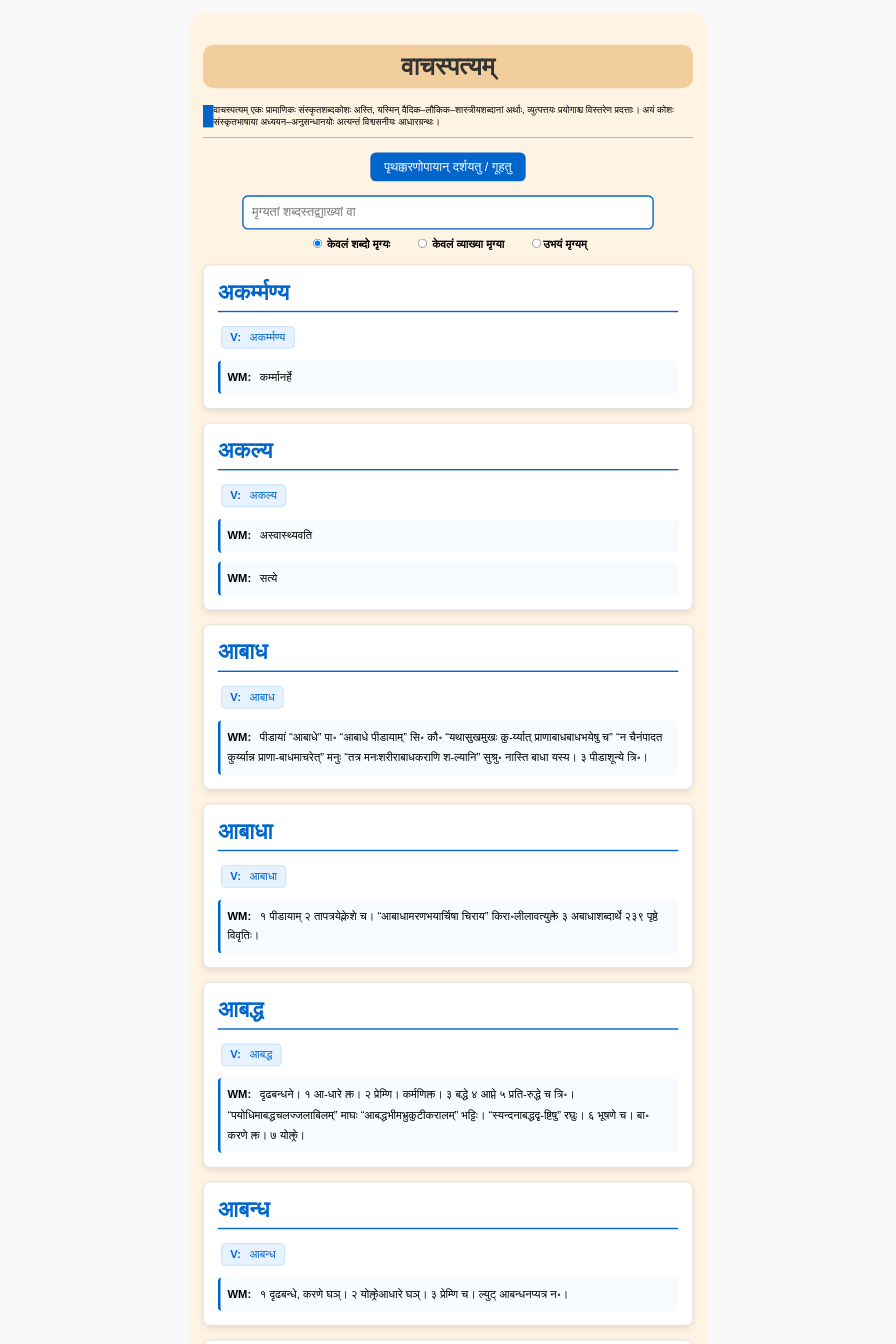
Repository: sanskritsphere/vachaspatyam-demo
Page: index.html
The author's editor kept a copy of each file at every save. The page is drawn from the files as they stood at one save, then again after the next save.
The browser window is 1280 px wide. The pictures show the part of the page from y = 0 to 1920 px (the page is 3443 px tall), at 70% of full size.

Above is the page before, as saved 2025-12-14 12:45:17.

### index.html
<!DOCTYPE html>
<html lang="sa">
<head>
    <meta charset="UTF-8">
    <meta name="viewport" content="width=device-width, initial-scale=1.0">
    <link rel="styleSheet" type="text/css" href="style.css">
    <title>वाचस्पत्यम् शब्दकोशः</title>

</head>
<body>
    <div class="container">
    <header>
        <h1>वाचस्पत्यम्</h1>
    <p class="small">वाचस्पत्यम् एकः प्रामाणिकः संस्कृतशब्दकोशः अस्ति, यस्मिन् वैदिक–लौकिक–शास्त्रीयशब्दानां अर्थाः, व्युत्पत्तयः प्रयोगाश्च विस्तरेण प्रदत्ताः।
अयं कोशः संस्कृतभाषाया अध्ययन–अनुसन्धानयोः अत्यन्तं विश्वसनीयः आधारग्रन्थः।</p>
    </header>
    <hr>
    <button id="toggleFilters">पृथक्करणोपायान् दर्शयतु / गूहतु</button>

    <div id="searchContainer">
        <input type="text" id="search" placeholder="मृग्यतां शब्दस्तद्व्याख्यां वा">
        <div class="search-options">
            <label><input type="radio" name="searchMode" value="wordOnly" checked> केवलं शब्दो मृग्यः</label>
            <label><input type="radio" name="searchMode" value="meaningOnly"> केवलं व्याख्या मृग्या</label>
            <label><input type="radio" name="searchMode" value="both">उभयं मृग्यम्</label>
        </div>
    </div>

    <div class="filters" id="filtersPanel">
        <div class="filter-group" id="startingLetterGroup">
            <label>आद्यक्षरानुक्रमेण पृथक्करणम्</label>
            <select id="startingLetterFilter">
                <option value="">सर्वाणि आद्यक्षराणि</option>
            </select>
        </div>

        <div class="filter-group" id="gcGroup">
            <label>लिङ्गशः पृथक्करणम्</label>
            <select id="gcFilter">
                <option value="">सर्वलिङ्गानि</option>
            </select>
        </div>

        <!-- टैग विज़िबिलिटी -->
        <div class="filter-group" style="grid-column: 1 / -1;" id="tagVisibilityGroup">
            <label>दर्शयितुमिष्टानि खण्डानि चिन्वीत</label>
            <div class="tag-visibility" id="tagVisibility">
                <!-- डायनामिकली जनरेट होगा -->
            </div>
        </div>

        <!-- नए टैग फ़िल्टर सेक्शन -->
        <div class="filter-group" style="grid-column: 1 / -1;" id="tagFiltersGroup">
            <label>टैग्-मूल्येन विशिष्टमानानि चीयन्ताम्</label>
            <div class="tag-filters" id="tagFilters">
                <!-- XML से सभी टैग्स के लिए डायनामिक सिलेक्ट बॉक्स जनरेट होंगे -->
            </div>
        </div>
    </div>

    <div id="results"></div>
</div>
    <script>
        let dictionary = [];
        let allTags = new Set();
        let tagValues = {}; // { tag: Set of values }
        let startingLetters = new Set();
        let gcValues = new Set();
        let currentPage = 1;
        const itemsPerPage = 25;
        // XML फ़ाइल लोड करना
        fetch('vachaspatyam.xml')
            .then(response => response.text())
            .then(xmlText => {
                const parser = new DOMParser();
                const xml = parser.parseFromString(xmlText, "application/xml");
                const entries = xml.querySelectorAll('entry');

                entries.forEach(entry => {
                    const obj = {};
                    entry.querySelectorAll('*').forEach(child => {
                        const tagName = child.tagName;
                        allTags.add(tagName);

                        if (!obj[tagName]) obj[tagName] = [];
                        const value = child.textContent.trim();
                        if (value) obj[tagName].push(value);

                        // टैग वैल्यूज़ कलेक्ट करना
                        if (!tagValues[tagName]) tagValues[tagName] = new Set();
                        tagValues[tagName].add(value);

                        // विशेष हैंडलिंग
                        if (tagName === 'V' && value) {
                            startingLetters.add(value[0]);
                        }
                        if (tagName === 'GC' && value) {
                            gcValues.add(value);
                        }
                    });
                    dictionary.push(obj);
                });

                generateDynamicFilters();
                generateTagVisibility();
                generateTagFilters(); // नया फ़ीचर
                renderEntries(dictionary);
            })
            .catch(err => {
                document.getElementById('results').innerHTML =
                    '<p class="no-results">vachaspatyam.xml इति संचिका न लब्धा। कृपया तां स्थापयतु।</p>';
                console.error(err);
            });

        function generateDynamicFilters() {
            const startingSelect = document.getElementById('startingLetterFilter');
            [...startingLetters].sort().forEach(letter => {
                const opt = document.createElement('option');
                opt.value = letter;
                opt.textContent = letter;
                startingSelect.appendChild(opt);
            });

            const gcSelect = document.getElementById('gcFilter');
            [...gcValues].sort().forEach(gc => {
                const opt = document.createElement('option');
                opt.value = gc;
                opt.textContent = gc;
                gcSelect.appendChild(opt);
            });
        }

        function generateTagVisibility() {
            const container = document.getElementById('tagVisibility');
            container.innerHTML = '';
            [...allTags].sort().forEach(tag => {
                const label = document.createElement('label');
                const checkbox = document.createElement('input');
                checkbox.type = 'checkbox';
                checkbox.id = 'show' + tag;
                checkbox.checked = tag === 'V' || tag === 'WM'; // डिफ़ॉल्ट V और WM दिखाएँ
                label.appendChild(checkbox);
                label.appendChild(document.createTextNode(' ' + tag));
                container.appendChild(label);
            });
        }

        function generateTagFilters() {
            const container = document.getElementById('tagFilters');
            container.innerHTML = '';
            [...allTags].sort().forEach(tag => {
                if (tag === 'V') return; // V के लिए पहले से आदि अक्षर फ़िल्टर है

                const group = document.createElement('div');
                group.className = 'filter-group';

                const label = document.createElement('label');
                label.textContent = `${tag} मूल्येन पृथक्करोतु`;
                group.appendChild(label);

                const select = document.createElement('select');
                select.id = 'filter_' + tag;
                select.innerHTML = '<option value="">सर्वाणि</option>';

                // टैग के सभी यूनिक वैल्यूज़ जोड़ना
                [...tagValues[tag]].sort().forEach(val => {
                    const opt = document.createElement('option');
                    opt.value = val;
                    opt.textContent = val;
                    select.appendChild(opt);
                });

                group.appendChild(select);
                container.appendChild(group);
            });
        }

        function getMeaningText(entry) {
            let text = '';
            Object.keys(entry).forEach(key => {
                if (key !== 'V') {
                    text += entry[key].join(' ') + ' ';
                }
            });
            return text;
        }

        function renderEntries(entries) {
            const resultsDiv = document.getElementById('results');
            resultsDiv.innerHTML = '';
            if (entries.length === 0) {
                resultsDiv.innerHTML = '<p class="no-results">कश्चन शब्दो न लब्धः। कृपया मृग्यपदं परिवर्तयतु।</p>';
                return;
            }

            entries.forEach(entry => {
                const div = document.createElement('div');
                div.className = 'entry';
                div.innerHTML = `<h3>${entry.V ? entry.V[0] : 'अज्ञातः'}</h3>`;

                const tagsDiv = document.createElement('div');

                allTags.forEach(tag => {
                    const checkbox = document.getElementById('show' + tag);
                    if (checkbox && checkbox.checked && entry[tag]) {
                        entry[tag].forEach(value => {
                            if (tag === 'WM' || tag === 'EXP') {
                                tagsDiv.innerHTML += `<div class="content"><span class="tag-name">${tag}:</span> ${value}</div>`;
                            } else {
                                tagsDiv.innerHTML += `<span class="tag"><span class="tag-name">${tag}:</span> ${value}</span>`;
                            }
                        });
                    }
                });

                div.appendChild(tagsDiv);
                resultsDiv.appendChild(div);
            });
        }

        function filterEntries() {
            let filtered = dictionary;

            const query = document.getElementById('search').value.trim();
            const searchMode = document.querySelector('input[name="searchMode"]:checked').value;

            if (query) {
                if (searchMode === 'wordOnly') {
                    filtered = filtered.filter(entry => entry.V && entry.V.some(v => v.includes(query)));
                } else if (searchMode === 'meaningOnly') {
                    filtered = filtered.filter(entry => getMeaningText(entry).includes(query));
                } else {
                    filtered = filtered.filter(entry =>
                        (entry.V && entry.V.some(v => v.includes(query))) ||
                        getMeaningText(entry).includes(query)
                    );
                }
            }

            const startingLetter = document.getElementById('startingLetterFilter').value;
            if (startingLetter) {
                filtered = filtered.filter(entry => entry.V && entry.V[0].startsWith(startingLetter));
            }

            const gc = document.getElementById('gcFilter').value;
            if (gc) {
                filtered = filtered.filter(entry => entry.GC && entry.GC.includes(gc));
            }

            // सभी टैग फ़िल्टर्स
            allTags.forEach(tag => {
                const select = document.getElementById('filter_' + tag);
                if (select && select.value) {
                    const filterValue = select.value;
                    filtered = filtered.filter(entry =>
                        entry[tag] && entry[tag].includes(filterValue)
                    );
                }
            });

            renderEntries(filtered);
        }

        // टॉगल बटन
        document.getElementById('toggleFilters').addEventListener('click', () => {
            const panel = document.getElementById('filtersPanel');
            panel.style.display = (panel.style.display === 'none' || panel.style.display === '') ? 'grid' : 'none';
        });

    function generateTagVisibility() {
    const container = document.getElementById('tagVisibility');
    container.innerHTML = '';

    // टैग नेम → संस्कृत में पूरा लेबल (विवरण)
    const tagLabels = {
        V:    "शब्दः (Vocable)",
        GC:   "लिङ्गम् (Grammatical Category)",
        GR:   "व्युत्पत्तिः (Grammar & Root)",
        ET:   "व्युत्पत्ति-विवरणम् (Etymology)",
        EXP:  "व्याख्या (Explanation)",
        CA:   "समास-विश्लेषणम् (Compound Analysis)",
        CT:   "उद्धरणम् (Citation Text)",
        RM:   "सन्दर्भः (Reference Mode)",
        WM:   "मुख्यार्थः (Word Meaning)"
        // यदि भविष्य में नया टैग जोड़ा जाए तो यहाँ उसका विवरण जोड़ सकते हैं
    };

    [...allTags].sort().forEach(tag => {
        const label = document.createElement('label');
        const checkbox = document.createElement('input');
        checkbox.type = 'checkbox';
        checkbox.id = 'show' + tag;
        // डिफ़ॉल्ट: V और WM हमेशा चेक रहें
        checkbox.checked = (tag === 'V' || tag === 'WM');

        label.appendChild(checkbox);
        // विवरण यदि उपलब्ध हो तो दिखाएँ, अन्यथा केवल टैग नेम
        const displayText = tagLabels[tag] || tag;
        label.appendChild(document.createTextNode(' ' + displayText));

        container.appendChild(label);
    });
}



        // सभी इवेंट्स
        document.getElementById('search').addEventListener('input', filterEntries);
        document.querySelectorAll('input[name="searchMode"]').forEach(radio => radio.addEventListener('change', filterEntries));
        document.getElementById('startingLetterFilter').addEventListener('change', filterEntries);
        document.getElementById('gcFilter').addEventListener('change', filterEntries);
        document.getElementById('filtersPanel').addEventListener('change', filterEntries); // सभी सिलेक्ट और चेकबॉक्स
    </script>
</body>
</html>

### style.css

        body {
            font-family: 'Sanskrit Text', 'Arial Unicode MS', Arial, sans-serif;
            margin: 20px;
            background-color: #f9f9f9;
            direction: ltr;
        }
        .container{
            width: 95%;
            max-width: 700px;
            margin: auto;
            background-color: #fff3e3;
            padding: 20px;
            border-radius: 20px;
        }
        header{
            display: block;
            justify-content: center;
            align-items: center;
            gap: 20px;
        }

       header h1 {
            text-align: center;
            color: #333;
            font-size: 36px;
            background-color: #f1ce9c;
            padding: 10px;
            border-radius: 15px;
        }
       header .small{
            font-size: smaller;
            border-left: 15px solid #0066cc;
        }
        #toggleFilters {
            display: block;
            margin: 20px auto;
            padding: 10px 20px;
            font-size: 18px;
            background: #0066cc;
            color: white;
            border: none;
            border-radius: 8px;
            cursor: pointer;
        }
        #toggleFilters:hover {
            background: #0055aa;
        }
        #searchContainer {
            margin-bottom: 20px;
            text-align: center;
        }
        #search {
            width: 80%;
            max-width: 600px;
            padding: 12px;
            font-size: 18px;
            border: 2px solid #0066cc;
            border-radius: 8px;
        }
        .search-options {
            margin-top: 10px;
        }
        .search-options label {
            margin: 0 15px;
            font-weight: bold;
            font-size: 16px;
        }
        .filters {
            margin-bottom: 30px;
            padding: 15px;
            background: #fff;
            border: 1px solid #ddd;
            border-radius: 10px;
            box-shadow: 0 4px 10px rgba(0,0,0,0.1);
            display: grid;
            grid-template-columns: repeat(auto-fit, minmax(300px, 1fr));
            gap: 20px;
            display: none; /* शुरू में छिपा */
        }
        .filter-group {
            display: flex;
            flex-direction: column;
        }
        .filter-group label {
            font-weight: bold;
            margin-bottom: 8px;
            color: #333;
            font-size: 18px;
        }
        .filter-group select {
            padding: 8px;
            border-radius: 6px;
            border: 1px solid #ccc;
            font-size: 16px;
            max-width: 300px;
        }
        .tag-visibility {
            display: grid;
            grid-template-columns: repeat(auto-fill, minmax(180px, 1fr));
            gap: 10px;
            margin-top: 10px;
        }
        .tag-visibility label {
            font-weight: normal;
            display: flex;
            align-items: center;
            font-size: 16px;
        }
        .tag-visibility input[type="checkbox"] {
            margin-right: 8px;
        }
        .tag-filters {
            display: grid;
            grid-template-columns: repeat(auto-fill, minmax(250px, 1fr));
            gap: 15px;
            margin-top: 15px;
            padding: 10px;
            background: #f0f8ff;
            border-radius: 8px;
        }
        #results {
            display: grid;
            gap: 20px;
        }
        .entry {
            background: white;
            padding: 20px;
            border: 1px solid #ddd;
            border-radius: 10px;
            box-shadow: 0 4px 10px rgba(0,0,0,0.1);
        }
        .entry h3 {
            margin: 0 0 15px 0;
            color: #0066cc;
            font-size: 32px;
            border-bottom: 2px solid #0066cc;
            padding-bottom: 8px;
        }
        .tag {
            display: inline-block;
            background: #e6f2ff;
            color: #0066cc;
            padding: 6px 12px;
            margin: 5px;
            border-radius: 6px;
            font-size: 16px;
            border: 1px solid #b3d9ff;
        }
        .tag-name {
            font-weight: bold;
            margin-right: 8px;
        }
        .content {
            margin-top: 12px;
            line-height: 1.8;
            background: #f8fbff;
            padding: 10px;
            border-radius: 6px;
            border-left: 4px solid #0066cc;
            font-size: 16px;
        }
        .no-results {
            text-align: center;
            color: #888;
            font-size: 22px;
            padding: 40px;
        }
        @media (max-width: 768px) {
            .filters {
                grid-template-columns: 1fr;
            }
            .tag-visibility, .tag-filters {
                grid-template-columns: 1fr;
            }
            #search {
                width: 100%;
            }
        }

After the next save:
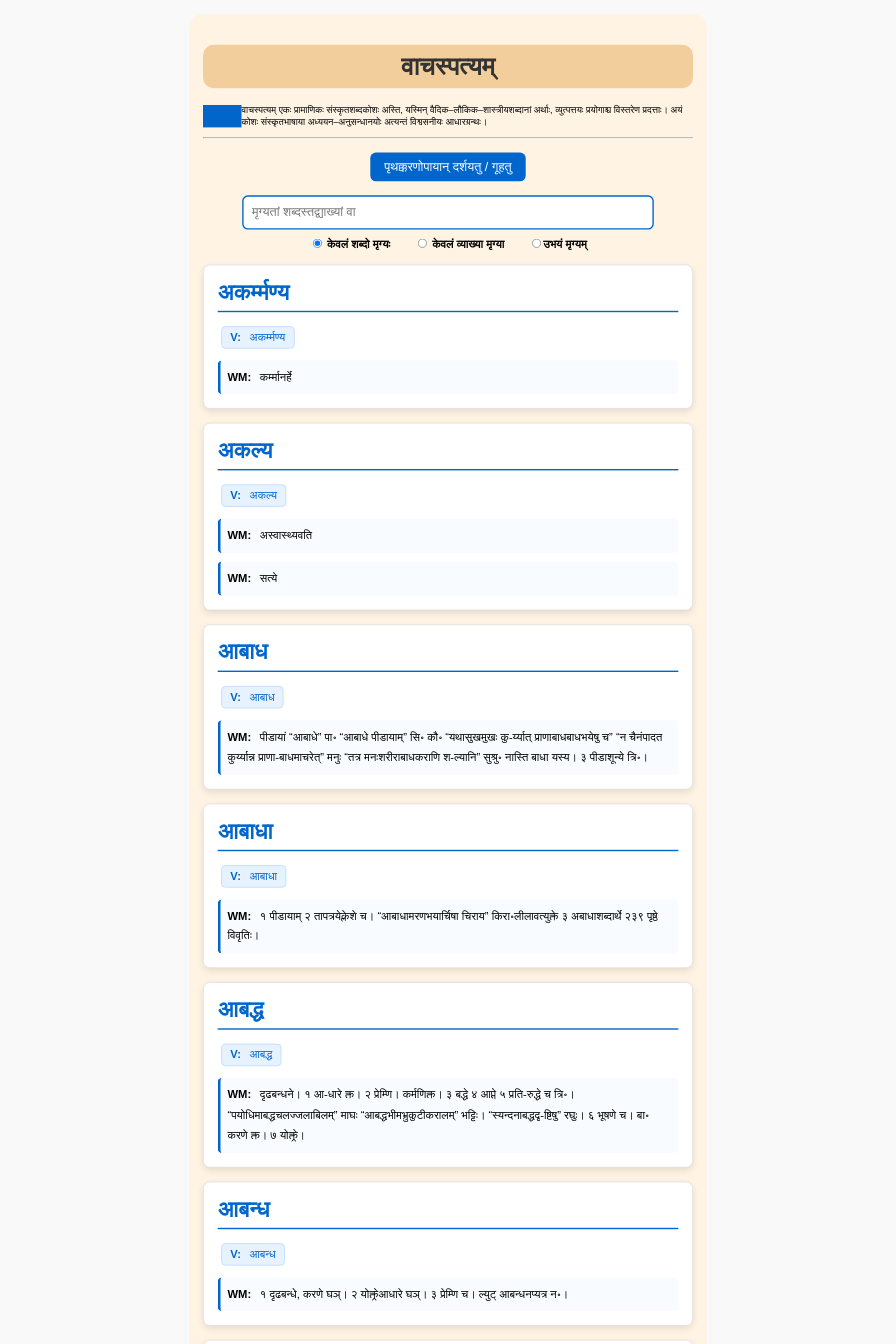
Saved 5 s later.
--- a/style.css
+++ b/style.css
@@ -30,7 +30,7 @@
         }
        header .small{
             font-size: smaller;
-            border-left: 15px solid #0066cc;
+            border-left: 55px solid #0066cc;
         }
         #toggleFilters {
             display: block;
